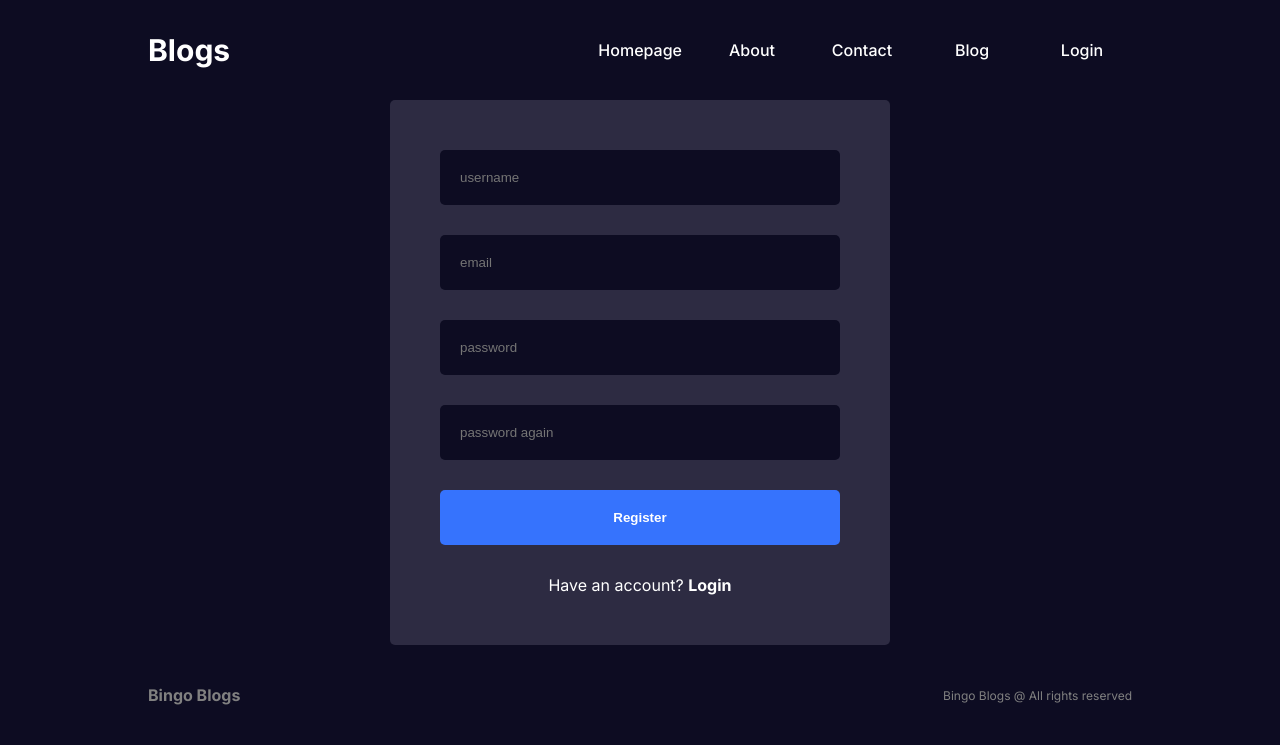
Repository: Kisho14/Blog-Post-Next.js
Page: /register
An editor plug-in stored every save of this project. The page is shown before and after the next save, followed by the edit.
The browser window is 1280 px wide. The pictures show the whole page.
The page's requests for data from a server got no answer. The project was rebuilt for these pictures with package versions that can differ from the ones it lists, and the page was loaded fresh each time. The framework's server and built-in components were replaced by stand-ins that run in the browser. No one was signed in, and anything a server would have sent is missing. Also part of the build but not shown: next.config.mjs. Imported but missing from the stored project, and not drawn on this page: src/lib/models.

Above is the page before, as saved 2024-04-08 15:47:41.

After the next save:
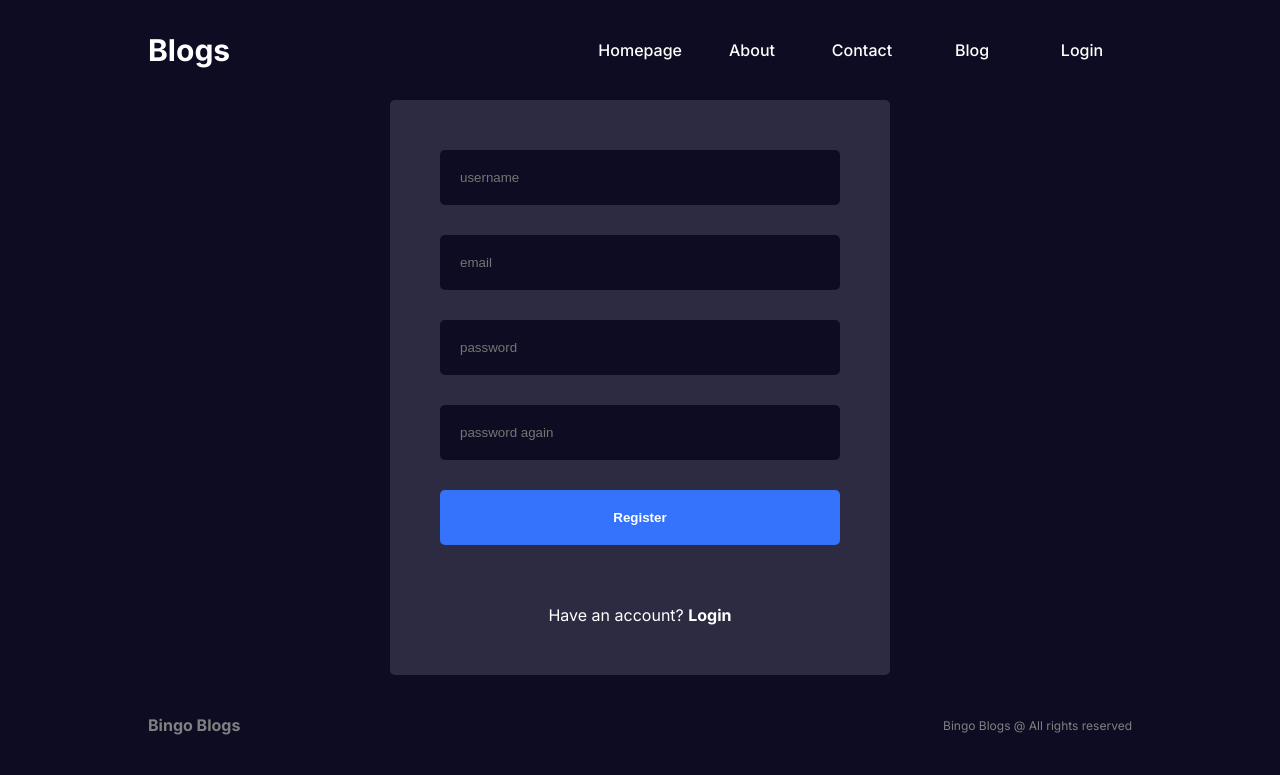
Saved 4 s later.
--- a/src/components/registerForm/RegisterForm.jsx
+++ b/src/components/registerForm/RegisterForm.jsx
@@ -26,7 +26,8 @@ const RegisterForm = () => {
         name="passwordRepeat"
       />
       <button>Register</button>
-      {state?.error}
+      <p className={styles.errorMsg}>{state?.error}</p>
+
       <Link href="/login">
         Have an account? <b>Login</b>
       </Link>
--- a/src/components/registerForm/registerForm.module.css
+++ b/src/components/registerForm/registerForm.module.css
@@ -1,28 +1,28 @@
 .form {
-    display: flex;
-    flex-direction: column;
-    text-align: center;
-    gap: 30px;
-  }
+  display: flex;
+  flex-direction: column;
+  text-align: center;
+  gap: 30px;
+}
 
-  .form input {
-    padding: 20px;
-    background-color: var(--bg);
-    color: var(--text);
-    border: none;
-    border-radius: 5px;
-  }
+.form input {
+  padding: 20px;
+  background-color: var(--bg);
+  color: var(--text);
+  border: none;
+  border-radius: 5px;
+}
 
-  .form button {
-    padding: 20px;
-    cursor: pointer;
-    background-color: var(--btn);
-    color: var(--textColor);
-    font-weight: bold;
-    border: none;
-    border-radius: 5px;
-  }
+.form button {
+  padding: 20px;
+  cursor: pointer;
+  background-color: var(--btn);
+  color: var(--textColor);
+  font-weight: bold;
+  border: none;
+  border-radius: 5px;
+}
 
-  .errorMsg{
-    color: red;
-  }
+.errorMsg {
+  color: red;
+}
